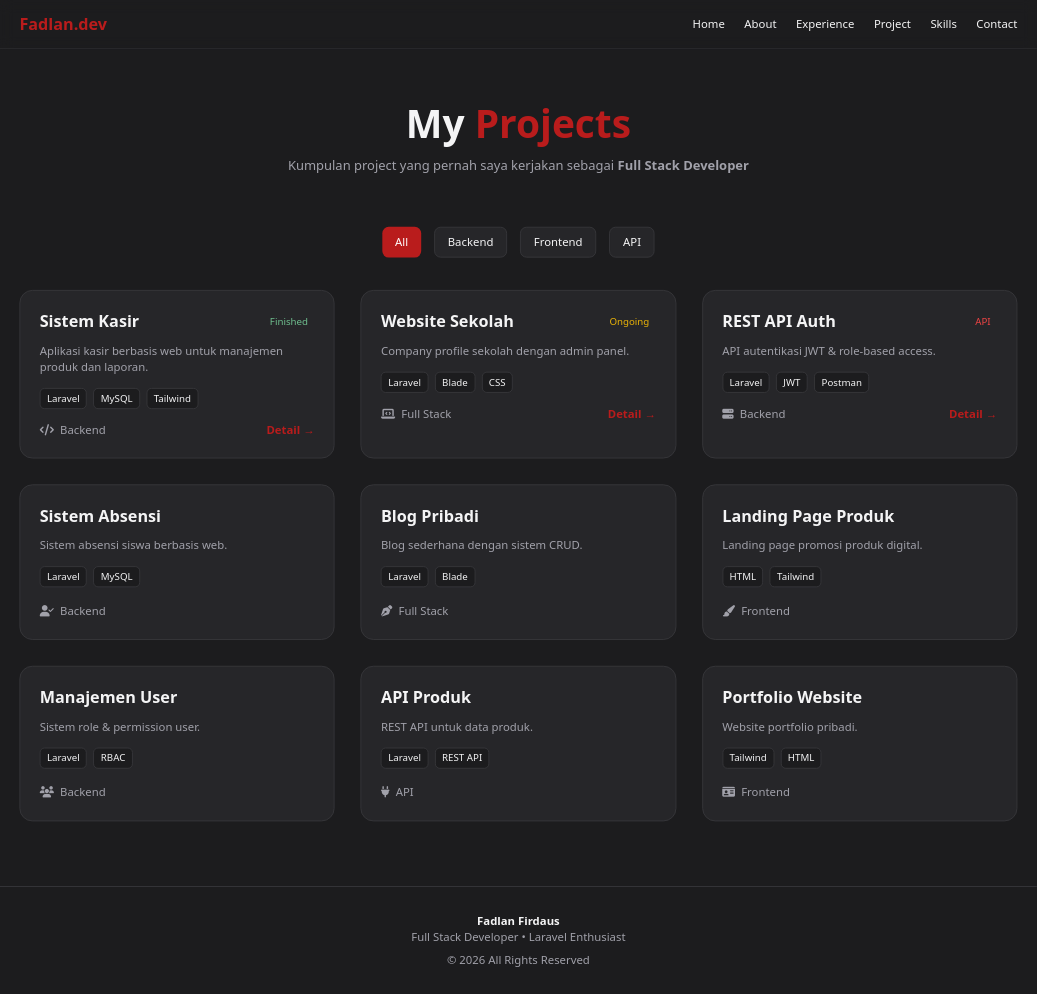
Repository: Fadlan079/Personal-Portfolio
Page: http://localhost/project
An editor plug-in stored every save of this project. The page is shown before and after the next save, followed by the edit.
The browser window is 1280 px wide. The pictures show the whole page, at 81% of full size.
Some web libraries are served in a nearby version. The page is served by the project's Laravel application, run on PHP 8.4 with Laravel 12. Other server files are loaded and not shown.

Above is the page before, as saved 2026-01-14 14:37:10.

### routes/web.php
<?php

use Illuminate\Support\Facades\Route;

// Route::get('/', function () {
//     return view('welcome');
// });

Route::get('/', function () {
    return view('portofolio');
});

Route::get('/project', function () {
    return view('project');
});

### resources/views/project.blade.php
<!DOCTYPE html>
<html lang="id">
<head>
  <meta charset="UTF-8" />
  <meta name="viewport" content="width=device-width, initial-scale=1.0" />
  <title>Projects | Fadlan</title>

  <!-- Tailwind -->
  <script src="https://cdn.tailwindcss.com"></script>

  <!-- Font Awesome -->
  <link rel="stylesheet" href="https://cdnjs.cloudflare.com/ajax/libs/font-awesome/6.5.1/css/all.min.css"/>

  <script>
    tailwind.config = {
      theme: {
        extend: {
          colors: {
            bg: 'var(--color-bg)',
            surface: 'var(--color-surface)',
            border: 'var(--color-border)',
            text: 'var(--color-text)',
            muted: 'var(--color-muted)',
            primary: 'var(--color-primary)',
            success: 'var(--color-success)',
            danger: 'var(--color-danger)',
            warning: 'var(--color-warning)',
          }
        }
      }
    }

  </script>

  <style>
    :root {
      --color-bg: #1c1c1e;
      --color-surface: #262629;
      --color-border: #3a3a3d;
      --color-text: #f4f4f5;
      --color-muted: #a1a1aa;
      --color-primary: #b91c1c;
      --color-success: #6fbf8f;
      --color-danger:  #ef4444;
      --color-warning: #eab308;
    }

    html {
      scroll-behavior: smooth;
    }
    .tag {
  padding: 0.25rem 0.5rem;
  background: var(--color-bg);
  border: 1px solid var(--color-border);
  border-radius: 0.375rem;
}

  </style>
</head>

<body class="bg-bg text-text">

<!-- Navbar -->
<nav class="fixed w-full bg-bg/80 backdrop-blur border-b border-border z-50">
  <div class="max-w-7xl mx-auto px-6 py-4 flex justify-between items-center">
    <h1 class="text-xl font-bold text-primary">Fadlan.dev</h1>
    <ul class="flex gap-6 text-sm">
      <li class="relative group">
        <a href="#home">Home</a>
        <span class="absolute left-0 -bottom-1 h-[2px] w-0 bg-primary transition-all group-hover:w-full"></span>
      </li>
      <li class="relative group">
        <a href="#about">About</a>
        <span class="absolute left-0 -bottom-1 h-[2px] w-0 bg-primary transition-all group-hover:w-full"></span>
      </li>
      <li class="relative group">
        <a href="#experience">Experience</a>
        <span class="absolute left-0 -bottom-1 h-[2px] w-0 bg-primary transition-all group-hover:w-full"></span>
      </li>
        <li class="relative group">
        <a href="#projects">Project</a>
        <span class="absolute left-0 -bottom-1 h-[2px] w-0 bg-primary transition-all group-hover:w-full"></span>
      </li>
      <li class="relative group">
        <a href="#skills">Skills</a>
        <span class="absolute left-0 -bottom-1 h-[2px] w-0 bg-primary transition-all group-hover:w-full"></span>
      </li>
      <li class="relative group">
        <a href="#contact">Contact</a>
        <span class="absolute left-0 -bottom-1 h-[2px] w-0 bg-primary transition-all group-hover:w-full"></span>
      </li>
    </ul>
  </div>
</nav>
<!-- Header -->
<header class="pt-32 pb-16 text-center">
  <h1 class="text-4xl md:text-5xl font-extrabold mb-4">
    My <span class="text-primary">Projects</span>
  </h1>
  <p class="text-muted max-w-2xl mx-auto">
    Kumpulan project yang pernah saya kerjakan sebagai
    <strong>Full Stack Developer</strong>
  </p>
</header>

<!-- Filter -->
<section class="pb-10">
  <div class="max-w-6xl mx-auto px-6 flex justify-center gap-4 flex-wrap">
    <button class="px-4 py-2 bg-primary text-white rounded-lg text-sm">All</button>
    <button class="px-4 py-2 bg-surface border border-border rounded-lg text-sm hover:text-primary">Backend</button>
    <button class="px-4 py-2 bg-surface border border-border rounded-lg text-sm hover:text-primary">Frontend</button>
    <button class="px-4 py-2 bg-surface border border-border rounded-lg text-sm hover:text-primary">API</button>
  </div>
</section>

<!-- Projects List -->
<section class="pb-20">
  <div class="max-w-7xl mx-auto px-6 grid md:grid-cols-3 gap-8">

    <!-- 1 -->
    <div class="bg-surface border border-border rounded-2xl p-6 hover:-translate-y-2 transition">
      <div class="flex justify-between items-center mb-3">
        <h3 class="text-xl font-semibold">Sistem Kasir</h3>
        <span class="text-xs px-2 py-1 rounded bg-success/20 text-success">Finished</span>
      </div>
      <p class="text-muted text-sm mb-4">
        Aplikasi kasir berbasis web untuk manajemen produk dan laporan.
      </p>
      <div class="flex flex-wrap gap-2 text-xs mb-4">
        <span class="tag">Laravel</span><span class="tag">MySQL</span><span class="tag">Tailwind</span>
      </div>
      <div class="flex justify-between text-sm">
        <span class="text-muted"><i class="fa-solid fa-code mr-1"></i> Backend</span>
        <a href="#" class="text-primary font-semibold hover:underline">Detail →</a>
      </div>
    </div>

    <!-- 2 -->
    <div class="bg-surface border border-border rounded-2xl p-6 hover:-translate-y-2 transition">
      <div class="flex justify-between items-center mb-3">
        <h3 class="text-xl font-semibold">Website Sekolah</h3>
        <span class="text-xs px-2 py-1 rounded bg-warning/20 text-warning">Ongoing</span>
      </div>
      <p class="text-muted text-sm mb-4">
        Company profile sekolah dengan admin panel.
      </p>
      <div class="flex flex-wrap gap-2 text-xs mb-4">
        <span class="tag">Laravel</span><span class="tag">Blade</span><span class="tag">CSS</span>
      </div>
      <div class="flex justify-between text-sm">
        <span class="text-muted"><i class="fa-solid fa-laptop-code mr-1"></i> Full Stack</span>
        <a href="#" class="text-primary font-semibold hover:underline">Detail →</a>
      </div>
    </div>

    <!-- 3 -->
    <div class="bg-surface border border-border rounded-2xl p-6 hover:-translate-y-2 transition">
      <div class="flex justify-between items-center mb-3">
        <h3 class="text-xl font-semibold">REST API Auth</h3>
        <span class="text-xs px-2 py-1 rounded bg-danger/20 text-danger">API</span>
      </div>
      <p class="text-muted text-sm mb-4">
        API autentikasi JWT & role-based access.
      </p>
      <div class="flex flex-wrap gap-2 text-xs mb-4">
        <span class="tag">Laravel</span><span class="tag">JWT</span><span class="tag">Postman</span>
      </div>
      <div class="flex justify-between text-sm">
        <span class="text-muted"><i class="fa-solid fa-server mr-1"></i> Backend</span>
        <a href="#" class="text-primary font-semibold hover:underline">Detail →</a>
      </div>
    </div>

    <!-- 4 -->
    <div class="bg-surface border border-border rounded-2xl p-6 hover:-translate-y-2 transition">
      <h3 class="text-xl font-semibold mb-3">Sistem Absensi</h3>
      <p class="text-muted text-sm mb-4">
        Sistem absensi siswa berbasis web.
      </p>
      <div class="flex flex-wrap gap-2 text-xs mb-4">
        <span class="tag">Laravel</span><span class="tag">MySQL</span>
      </div>
      <span class="text-muted text-sm"><i class="fa-solid fa-user-check mr-1"></i> Backend</span>
    </div>

    <!-- 5 -->
    <div class="bg-surface border border-border rounded-2xl p-6 hover:-translate-y-2 transition">
      <h3 class="text-xl font-semibold mb-3">Blog Pribadi</h3>
      <p class="text-muted text-sm mb-4">
        Blog sederhana dengan sistem CRUD.
      </p>
      <div class="flex flex-wrap gap-2 text-xs mb-4">
        <span class="tag">Laravel</span><span class="tag">Blade</span>
      </div>
      <span class="text-muted text-sm"><i class="fa-solid fa-pen-nib mr-1"></i> Full Stack</span>
    </div>

    <!-- 6 -->
    <div class="bg-surface border border-border rounded-2xl p-6 hover:-translate-y-2 transition">
      <h3 class="text-xl font-semibold mb-3">Landing Page Produk</h3>
      <p class="text-muted text-sm mb-4">
        Landing page promosi produk digital.
      </p>
      <div class="flex flex-wrap gap-2 text-xs mb-4">
        <span class="tag">HTML</span><span class="tag">Tailwind</span>
      </div>
      <span class="text-muted text-sm"><i class="fa-solid fa-paintbrush mr-1"></i> Frontend</span>
    </div>

    <!-- 7 -->
    <div class="bg-surface border border-border rounded-2xl p-6 hover:-translate-y-2 transition">
      <h3 class="text-xl font-semibold mb-3">Manajemen User</h3>
      <p class="text-muted text-sm mb-4">
        Sistem role & permission user.
      </p>
      <div class="flex flex-wrap gap-2 text-xs mb-4">
        <span class="tag">Laravel</span><span class="tag">RBAC</span>
      </div>
      <span class="text-muted text-sm"><i class="fa-solid fa-users mr-1"></i> Backend</span>
    </div>

    <!-- 8 -->
    <div class="bg-surface border border-border rounded-2xl p-6 hover:-translate-y-2 transition">
      <h3 class="text-xl font-semibold mb-3">API Produk</h3>
      <p class="text-muted text-sm mb-4">
        REST API untuk data produk.
      </p>
      <div class="flex flex-wrap gap-2 text-xs mb-4">
        <span class="tag">Laravel</span><span class="tag">REST API</span>
      </div>
      <span class="text-muted text-sm"><i class="fa-solid fa-plug mr-1"></i> API</span>
    </div>

    <!-- 9 -->
    <div class="bg-surface border border-border rounded-2xl p-6 hover:-translate-y-2 transition">
      <h3 class="text-xl font-semibold mb-3">Portfolio Website</h3>
      <p class="text-muted text-sm mb-4">
        Website portfolio pribadi.
      </p>
      <div class="flex flex-wrap gap-2 text-xs mb-4">
        <span class="tag">Tailwind</span><span class="tag">HTML</span>
      </div>
      <span class="text-muted text-sm"><i class="fa-solid fa-id-card mr-1"></i> Frontend</span>
    </div>

  </div>
</section>


<!-- Footer -->
<footer class="border-t border-border py-8 text-center text-muted text-sm">
  <p class="font-semibold text-text">Fadlan Firdaus</p>
  <p>Full Stack Developer • Laravel Enthusiast</p>
  <p class="mt-2">© 2026 All Rights Reserved</p>
</footer>

</body>
</html>

After the next save:
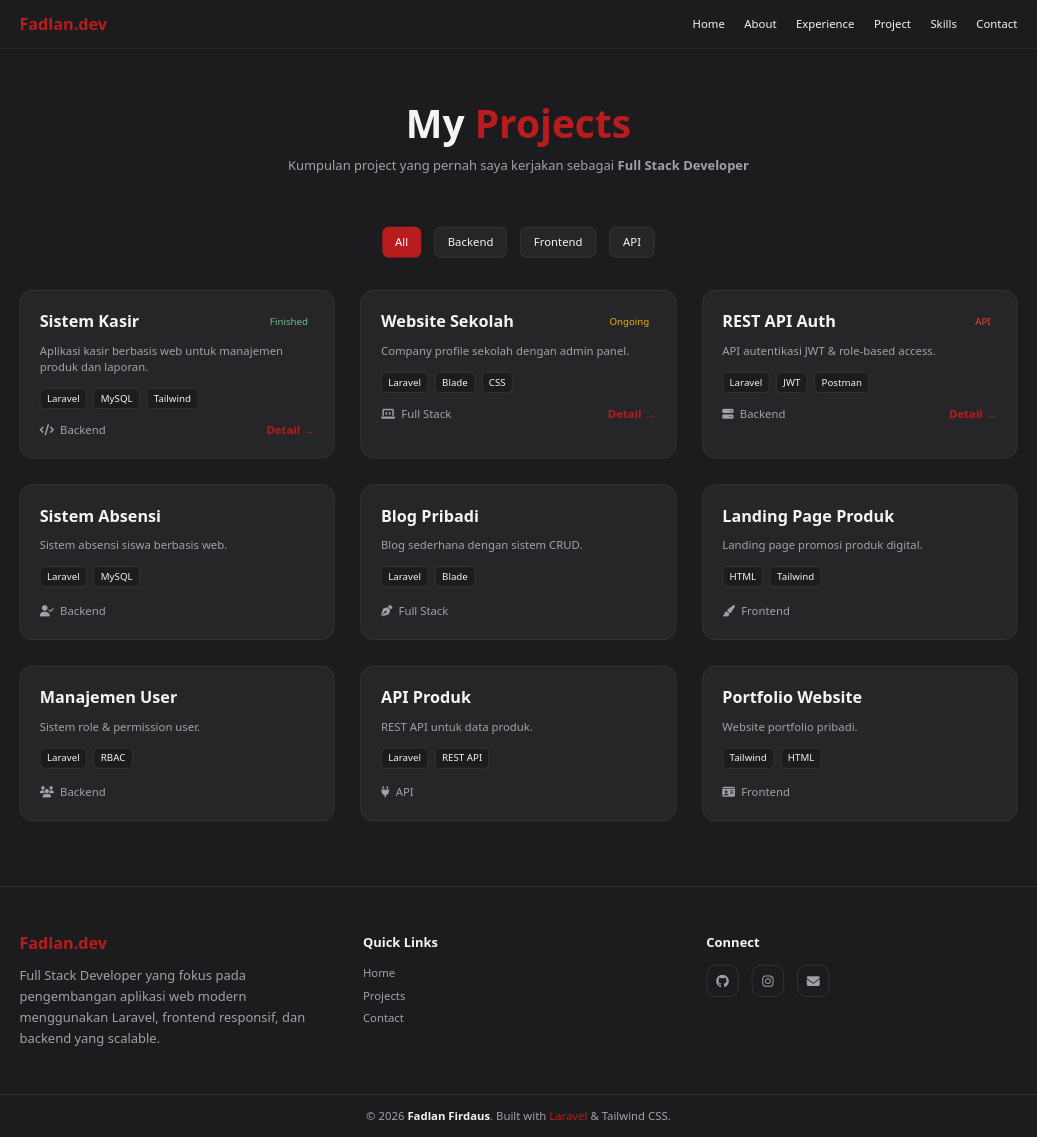
Saved 33 s later.
--- a/resources/views/project.blade.php
+++ b/resources/views/project.blade.php
@@ -248,11 +248,77 @@
 
 
 <!-- Footer -->
-<footer class="border-t border-border py-8 text-center text-muted text-sm">
-  <p class="font-semibold text-text">Fadlan Firdaus</p>
-  <p>Full Stack Developer • Laravel Enthusiast</p>
-  <p class="mt-2">© 2026 All Rights Reserved</p>
+<footer class="relative border-t border-border bg-bg">
+  <!-- Glow -->
+  <div class="absolute inset-0 -z-10">
+    <div class="absolute bottom-0 left-1/2 -translate-x-1/2
+                w-[400px] h-[400px]
+                bg-primary/20 blur-[120px] rounded-full"></div>
+  </div>
+
+  <div class="max-w-7xl mx-auto px-6 py-14 grid gap-10 md:grid-cols-3">
+
+    <!-- Brand -->
+    <div>
+      <h3 class="text-xl font-bold text-primary mb-3">Fadlan.dev</h3>
+      <p class="text-muted leading-relaxed">
+        Full Stack Developer yang fokus pada pengembangan
+        aplikasi web modern menggunakan Laravel,
+        frontend responsif, dan backend yang scalable.
+      </p>
+    </div>
+
+    <!-- Quick Links -->
+    <div>
+      <h4 class="font-semibold mb-4 text-text">Quick Links</h4>
+      <ul class="space-y-2 text-muted text-sm">
+        <li>
+          <a href="#home" class="hover:text-primary transition">Home</a>
+        </li>
+        <li>
+          <a href="#projects" class="hover:text-primary transition">Projects</a>
+        </li>
+        <li>
+          <a href="#contact" class="hover:text-primary transition">Contact</a>
+        </li>
+      </ul>
+    </div>
+
+    <!-- Social -->
+    <div>
+      <h4 class="font-semibold mb-4 text-text">Connect</h4>
+      <div class="flex gap-4">
+        <a href="https://github.com/Fadlan079" target="_blank"
+           class="w-10 h-10 rounded-xl border border-border
+                  flex items-center justify-center
+                  text-muted hover:text-primary hover:border-primary
+                  transition">
+          <i class="fa-brands fa-github"></i>
+        </a>
+        <a href="https://instagram.com/fdln007" target="_blank"
+           class="w-10 h-10 rounded-xl border border-border
+                  flex items-center justify-center
+                  text-muted hover:text-primary hover:border-primary
+                  transition">
+          <i class="fa-brands fa-instagram"></i>
+        </a>
+        <a href="mailto:fadlanfirdaus220@gmail.com"
+           class="w-10 h-10 rounded-xl border border-border
+                  flex items-center justify-center
+                  text-muted hover:text-primary hover:border-primary
+                  transition">
+          <i class="fa-solid fa-envelope"></i>
+        </a>
+      </div>
+    </div>
+
+  </div>
+
+  <!-- Bottom -->
+  <div class="border-t border-border text-center py-4 text-muted text-sm">
+    © 2026 <span class="text-text font-semibold">Fadlan Firdaus</span>.
+    Built with <span class="text-primary">Laravel</span> & Tailwind CSS.
+  </div>
 </footer>
-
 </body>
 </html>
